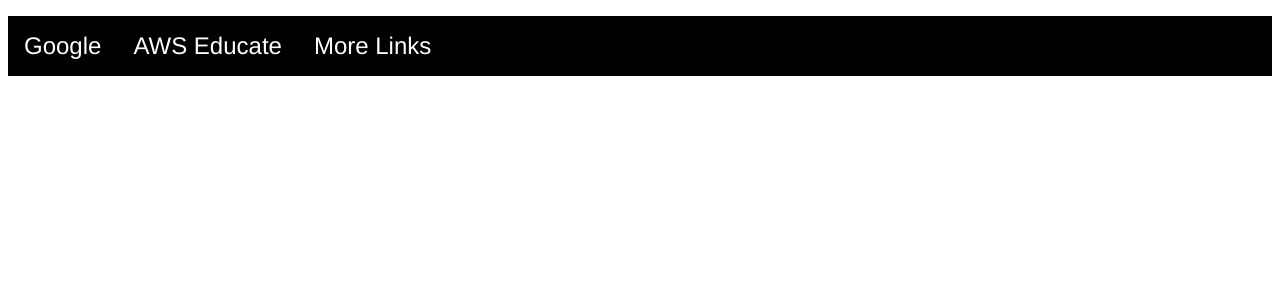
Repository: TangDylan/TangDylan.github.io
Page: index.html
The author's editor kept a record of every edit. The page is drawn from the files as they stood at one moment, then again after the next edit.
The browser window is 1280 px wide. The pictures show the whole page.

Above is the page before.

After the next edit:
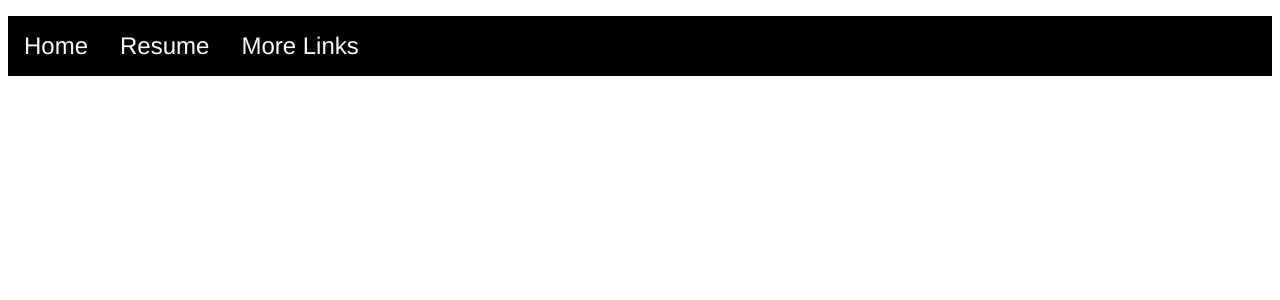
The edit:
--- a/index.html
+++ b/index.html
@@ -58,8 +58,8 @@
     <body>
 
       <ul class="navbar">
-        <li><a href="https://www.google.com">Google</a></li>
-        <li><a href="https://www.awseducate.com">AWS Educate</a></li>
+        <li><a href="https://www.google.com">Home</a></li>
+        <li><a href="https://www.awseducate.com">Resume</a></li>
         <li class="dropdown">
           <div>More Links</div>
           <ul class="dropdown-content">
